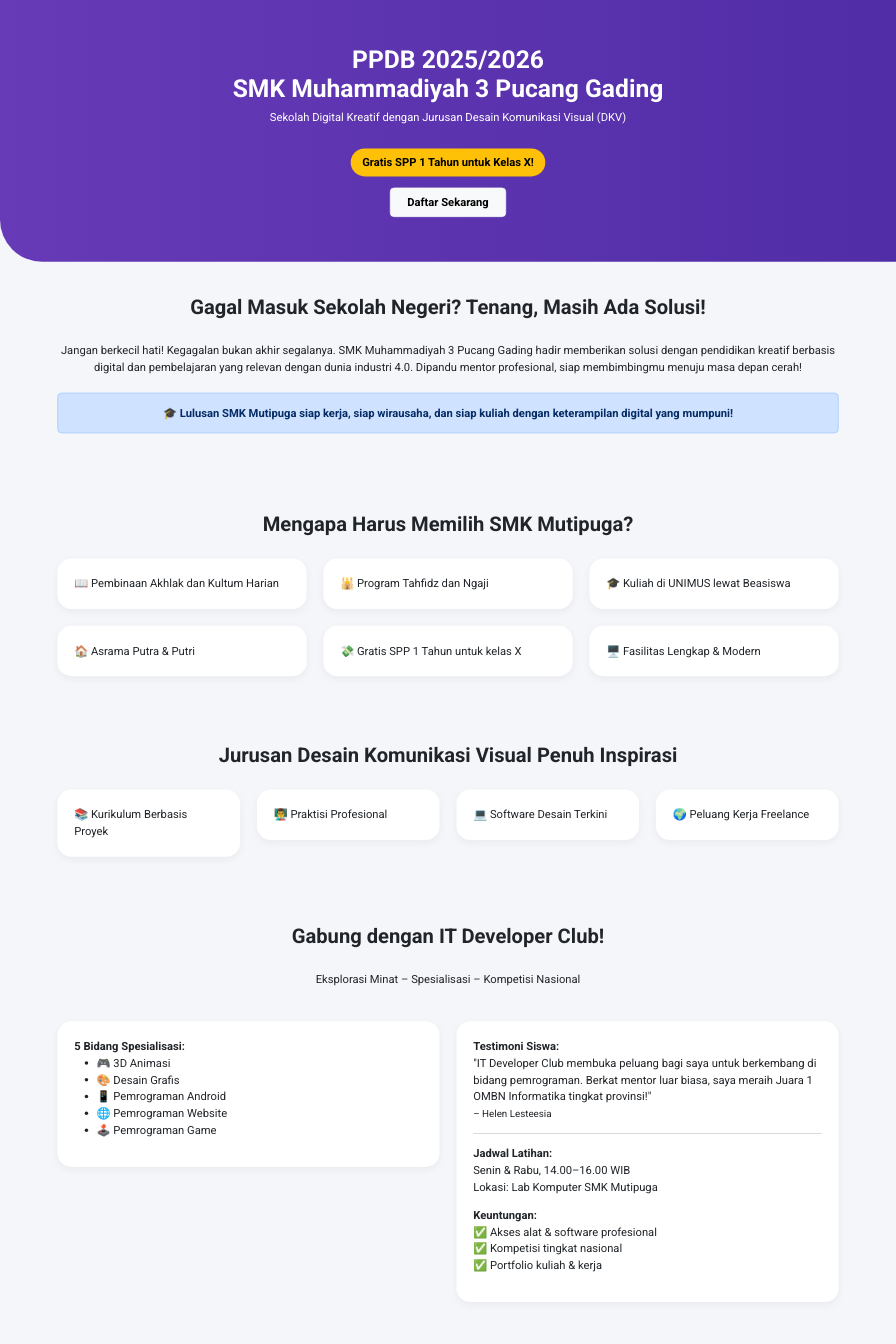
Repository: ppdbsmkmutipuga/ppdbsmkmutipuga.github.io
Page: index.html
The author's editor kept a copy of each file at every save. The page is drawn from the files as they stood at one save, then again after the next save.
The browser window is 1280 px wide. The pictures show the part of the page from y = 0 to 1920 px (the page is 2721 px tall before and 953 px after), at 70% of full size.

Above is the page before, as saved 2025-06-28 07:59:45.

### index.html
<!DOCTYPE html>
<html lang="id">

<head>
    <meta charset="UTF-8" />
    <meta name="viewport" content="width=device-width, initial-scale=1.0" />
    <meta name="description"
        content="PPDB SMK Muhammadiyah 3 Pucang Gading - Sekolah Digital Kreatif Jurusan DKV. Gratis SPP 1 tahun untuk kelas X!" />
    <meta name="keywords"
        content="PPDB, SMK Muhammadiyah, DKV, Sekolah Digital, Gratis SPP, Ekstrakurikuler, IT Developer Club" />
    <meta name="author" content="SMK Mutipuga" />
    <title>PPDB SMK Mutipuga 2025/2026</title>
    <link href="https://fonts.googleapis.com/css2?family=Roboto:wght@400;700&display=swap" rel="stylesheet">
    <link href="https://cdn.jsdelivr.net/npm/bootstrap@5.3.3/dist/css/bootstrap.min.css" rel="stylesheet">
    <style>
        body {
            font-family: 'Roboto', sans-serif;
            background: #f5f6fa;
        }

        .hero {
            background: linear-gradient(to right, #673ab7, #512da8);
            color: white;
            padding: 4rem 2rem;
            border-bottom-left-radius: 60px;
            text-align: center;
        }

        .hero h1 {
            font-weight: 700;
            font-size: 2.2rem;
        }

        .highlight-badge {
            background-color: #ffc107;
            padding: 0.5rem 1rem;
            border-radius: 50px;
            color: #000;
            font-weight: bold;
            display: inline-block;
            margin-top: 1rem;
        }

        .section-title {
            text-align: center;
            font-weight: 700;
            font-size: 1.8rem;
            margin-bottom: 2rem;
        }

        .card-custom {
            border: none;
            border-radius: 20px;
            box-shadow: 0 4px 12px rgba(0, 0, 0, 0.05);
            padding: 1.5rem;
            background: #fff;
        }

        .footer {
            background-color: #512da8;
            color: white;
            padding: 2rem;
            text-align: center;
            border-top-left-radius: 60px;
        }
    </style>
</head>

<body>
    <header class="hero">
        <h1>PPDB 2025/2026<br>SMK Muhammadiyah 3 Pucang Gading</h1>
        <p>Sekolah Digital Kreatif dengan Jurusan Desain Komunikasi Visual (DKV)</p>
        <div class="highlight-badge">Gratis SPP 1 Tahun untuk Kelas X!</div><br>
        <a href="#pendaftaran" class="btn btn-light mt-3 fw-bold px-4 py-2">Daftar Sekarang</a>
    </header>

    <section class="container py-5">
        <h2 class="section-title">Gagal Masuk Sekolah Negeri? Tenang, Masih Ada Solusi!</h2>
        <p class="text-center">Jangan berkecil hati! Kegagalan bukan akhir segalanya. SMK Muhammadiyah 3 Pucang Gading
            hadir memberikan solusi dengan pendidikan kreatif berbasis digital dan pembelajaran yang relevan dengan
            dunia industri 4.0. Dipandu mentor profesional, siap membimbingmu menuju masa depan cerah!</p>
        <div class="alert alert-primary mt-4 text-center fw-semibold">
            🎓 Lulusan SMK Mutipuga siap kerja, siap wirausaha, dan siap kuliah dengan keterampilan digital yang
            mumpuni!
        </div>
    </section>

    <section class="container py-5">
        <h2 class="section-title">Mengapa Harus Memilih SMK Mutipuga?</h2>
        <div class="row g-4">
            <div class="col-md-4">
                <div class="card-custom">📖 Pembinaan Akhlak dan Kultum Harian</div>
            </div>
            <div class="col-md-4">
                <div class="card-custom">🕌 Program Tahfidz dan Ngaji</div>
            </div>
            <div class="col-md-4">
                <div class="card-custom">🎓 Kuliah di UNIMUS lewat Beasiswa</div>
            </div>
            <div class="col-md-4">
                <div class="card-custom">🏠 Asrama Putra & Putri</div>
            </div>
            <div class="col-md-4">
                <div class="card-custom">💸 Gratis SPP 1 Tahun untuk kelas X</div>
            </div>
            <div class="col-md-4">
                <div class="card-custom">🖥️ Fasilitas Lengkap & Modern</div>
            </div>
        </div>
    </section>

    <section class="container py-5">
        <h2 class="section-title">Jurusan Desain Komunikasi Visual Penuh Inspirasi</h2>
        <div class="row g-4">
            <div class="col-md-3">
                <div class="card-custom">📚 Kurikulum Berbasis Proyek</div>
            </div>
            <div class="col-md-3">
                <div class="card-custom">👨‍🏫 Praktisi Profesional</div>
            </div>
            <div class="col-md-3">
                <div class="card-custom">💻 Software Desain Terkini</div>
            </div>
            <div class="col-md-3">
                <div class="card-custom">🌍 Peluang Kerja Freelance</div>
            </div>
        </div>
    </section>

    <section class="container py-5">
        <h2 class="section-title">Gabung dengan IT Developer Club!</h2>
        <p class="text-center">Eksplorasi Minat – Spesialisasi – Kompetisi Nasional</p>
        <div class="row g-4 mt-4">
            <div class="col-md-6">
                <div class="card-custom">
                    <strong>5 Bidang Spesialisasi:</strong>
                    <ul>
                        <li>🎮 3D Animasi</li>
                        <li>🎨 Desain Grafis</li>
                        <li>📱 Pemrograman Android</li>
                        <li>🌐 Pemrograman Website</li>
                        <li>🕹️ Pemrograman Game</li>
                    </ul>
                </div>
            </div>
            <div class="col-md-6">
                <div class="card-custom">
                    <strong>Testimoni Siswa:</strong>
                    <blockquote>"IT Developer Club membuka peluang bagi saya untuk berkembang di bidang pemrograman.
                        Berkat mentor luar biasa, saya meraih Juara 1 OMBN Informatika tingkat provinsi!"<br><small>–
                            Helen Lesteesia</small></blockquote>
                    <hr>
                    <p><strong>Jadwal Latihan:</strong><br>
                        Senin & Rabu, 14.00–16.00 WIB<br>
                        Lokasi: Lab Komputer SMK Mutipuga</p>
                    <p><strong>Keuntungan:</strong><br>
                        ✅ Akses alat & software profesional<br>
                        ✅ Kompetisi tingkat nasional<br>
                        ✅ Portfolio kuliah & kerja</p>
                </div>
            </div>
        </div>
    </section>

    <section class="container py-5">
        <h2 class="section-title">Kegiatan & Ekstrakurikuler Seru</h2>
        <div class="row g-4">
            <div class="col-md-3">
                <div class="card-custom">💻 Coding di Lab</div>
            </div>
            <div class="col-md-3">
                <div class="card-custom">🖌️ Desain Grafis</div>
            </div>
            <div class="col-md-3">
                <div class="card-custom">📖 Ngaji Bersama</div>
            </div>
            <div class="col-md-3">
                <div class="card-custom">🏅 Tapak Suci, Futsal & Seni</div>
            </div>
        </div>
    </section>

    <section id="pendaftaran" class="container py-5">
        <h2 class="section-title">Informasi Pendaftaran</h2>
        <div class="row g-4">
            <div class="col-md-6">
                <div class="card-custom">
                    <strong>Syarat Pendaftaran:</strong>
                    <ul>
                        <li>📝 Mengisi Formulir</li>
                        <li>📄 Fotokopi Ijazah / SKL</li>
                        <li>📁 Fotokopi KK, KTP Ortu, Akta</li>
                        <li>🖼️ Pas Foto 3x4 (4 lembar)</li>
                    </ul>
                    <p><strong>Jadwal:</strong><br>
                        Gelombang 1: Jan–Mar 2025<br>
                        Gelombang 2: Apr–Jun 2025</p>
                    <div class="highlight-badge mt-3">Promo: Gratis SPP 1 Tahun*</div>
                </div>
            </div>
            <div class="col-md-6">
                <div class="card-custom">
                    <strong>Hubungi Kami:</strong>
                    <p>📱 WhatsApp: 081325977099 (Pak Jasno)<br>
                        ✉️ Email: smkmuh3puding@gmail.com<br>
                        📍 Alamat: Jl. Pucang Gading Raya, Batursari, Kec.</p>
                </div>
            </div>
        </div>
    </section>

    <footer class="footer">
        &copy; 2025 SMK Muhammadiyah 3 Pucang Gading. All Rights Reserved.
    </footer>

    <script src="https://cdn.jsdelivr.net/npm/bootstrap@5.3.3/dist/js/bootstrap.bundle.min.js"></script>
</body>

</html>

After the next save:
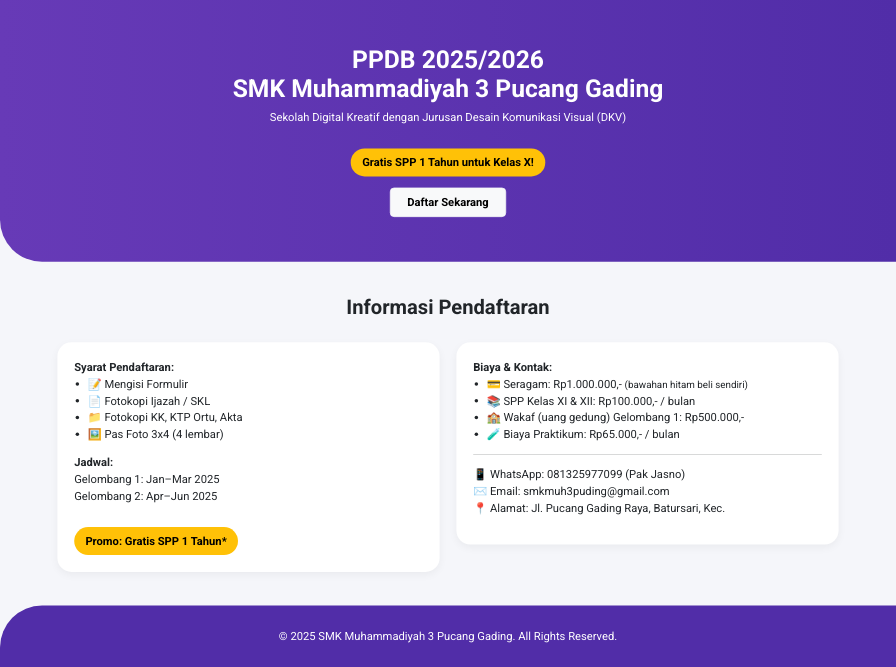
Saved 3 min 33 s later.
--- a/index.html
+++ b/index.html
@@ -63,6 +63,10 @@
             text-align: center;
             border-top-left-radius: 60px;
         }
+
+        ul {
+            padding-left: 1.2rem;
+        }
     </style>
 </head>
 
@@ -74,111 +78,7 @@
         <a href="#pendaftaran" class="btn btn-light mt-3 fw-bold px-4 py-2">Daftar Sekarang</a>
     </header>
 
-    <section class="container py-5">
-        <h2 class="section-title">Gagal Masuk Sekolah Negeri? Tenang, Masih Ada Solusi!</h2>
-        <p class="text-center">Jangan berkecil hati! Kegagalan bukan akhir segalanya. SMK Muhammadiyah 3 Pucang Gading
-            hadir memberikan solusi dengan pendidikan kreatif berbasis digital dan pembelajaran yang relevan dengan
-            dunia industri 4.0. Dipandu mentor profesional, siap membimbingmu menuju masa depan cerah!</p>
-        <div class="alert alert-primary mt-4 text-center fw-semibold">
-            🎓 Lulusan SMK Mutipuga siap kerja, siap wirausaha, dan siap kuliah dengan keterampilan digital yang
-            mumpuni!
-        </div>
-    </section>
-
-    <section class="container py-5">
-        <h2 class="section-title">Mengapa Harus Memilih SMK Mutipuga?</h2>
-        <div class="row g-4">
-            <div class="col-md-4">
-                <div class="card-custom">📖 Pembinaan Akhlak dan Kultum Harian</div>
-            </div>
-            <div class="col-md-4">
-                <div class="card-custom">🕌 Program Tahfidz dan Ngaji</div>
-            </div>
-            <div class="col-md-4">
-                <div class="card-custom">🎓 Kuliah di UNIMUS lewat Beasiswa</div>
-            </div>
-            <div class="col-md-4">
-                <div class="card-custom">🏠 Asrama Putra & Putri</div>
-            </div>
-            <div class="col-md-4">
-                <div class="card-custom">💸 Gratis SPP 1 Tahun untuk kelas X</div>
-            </div>
-            <div class="col-md-4">
-                <div class="card-custom">🖥️ Fasilitas Lengkap & Modern</div>
-            </div>
-        </div>
-    </section>
-
-    <section class="container py-5">
-        <h2 class="section-title">Jurusan Desain Komunikasi Visual Penuh Inspirasi</h2>
-        <div class="row g-4">
-            <div class="col-md-3">
-                <div class="card-custom">📚 Kurikulum Berbasis Proyek</div>
-            </div>
-            <div class="col-md-3">
-                <div class="card-custom">👨‍🏫 Praktisi Profesional</div>
-            </div>
-            <div class="col-md-3">
-                <div class="card-custom">💻 Software Desain Terkini</div>
-            </div>
-            <div class="col-md-3">
-                <div class="card-custom">🌍 Peluang Kerja Freelance</div>
-            </div>
-        </div>
-    </section>
-
-    <section class="container py-5">
-        <h2 class="section-title">Gabung dengan IT Developer Club!</h2>
-        <p class="text-center">Eksplorasi Minat – Spesialisasi – Kompetisi Nasional</p>
-        <div class="row g-4 mt-4">
-            <div class="col-md-6">
-                <div class="card-custom">
-                    <strong>5 Bidang Spesialisasi:</strong>
-                    <ul>
-                        <li>🎮 3D Animasi</li>
-                        <li>🎨 Desain Grafis</li>
-                        <li>📱 Pemrograman Android</li>
-                        <li>🌐 Pemrograman Website</li>
-                        <li>🕹️ Pemrograman Game</li>
-                    </ul>
-                </div>
-            </div>
-            <div class="col-md-6">
-                <div class="card-custom">
-                    <strong>Testimoni Siswa:</strong>
-                    <blockquote>"IT Developer Club membuka peluang bagi saya untuk berkembang di bidang pemrograman.
-                        Berkat mentor luar biasa, saya meraih Juara 1 OMBN Informatika tingkat provinsi!"<br><small>–
-                            Helen Lesteesia</small></blockquote>
-                    <hr>
-                    <p><strong>Jadwal Latihan:</strong><br>
-                        Senin & Rabu, 14.00–16.00 WIB<br>
-                        Lokasi: Lab Komputer SMK Mutipuga</p>
-                    <p><strong>Keuntungan:</strong><br>
-                        ✅ Akses alat & software profesional<br>
-                        ✅ Kompetisi tingkat nasional<br>
-                        ✅ Portfolio kuliah & kerja</p>
-                </div>
-            </div>
-        </div>
-    </section>
-
-    <section class="container py-5">
-        <h2 class="section-title">Kegiatan & Ekstrakurikuler Seru</h2>
-        <div class="row g-4">
-            <div class="col-md-3">
-                <div class="card-custom">💻 Coding di Lab</div>
-            </div>
-            <div class="col-md-3">
-                <div class="card-custom">🖌️ Desain Grafis</div>
-            </div>
-            <div class="col-md-3">
-                <div class="card-custom">📖 Ngaji Bersama</div>
-            </div>
-            <div class="col-md-3">
-                <div class="card-custom">🏅 Tapak Suci, Futsal & Seni</div>
-            </div>
-        </div>
-    </section>
+    <!-- Bagian lainnya tetap sama -->
 
     <section id="pendaftaran" class="container py-5">
         <h2 class="section-title">Informasi Pendaftaran</h2>
@@ -200,7 +100,14 @@
             </div>
             <div class="col-md-6">
                 <div class="card-custom">
-                    <strong>Hubungi Kami:</strong>
+                    <strong>Biaya & Kontak:</strong>
+                    <ul class="mb-2">
+                        <li>💳 Seragam: Rp1.000.000,- <small>(bawahan hitam beli sendiri)</small></li>
+                        <li>📚 SPP Kelas XI & XII: Rp100.000,- / bulan</li>
+                        <li>🏫 Wakaf (uang gedung) Gelombang 1: Rp500.000,-</li>
+                        <li>🧪 Biaya Praktikum: Rp65.000,- / bulan</li>
+                    </ul>
+                    <hr>
                     <p>📱 WhatsApp: 081325977099 (Pak Jasno)<br>
                         ✉️ Email: smkmuh3puding@gmail.com<br>
                         📍 Alamat: Jl. Pucang Gading Raya, Batursari, Kec.</p>
